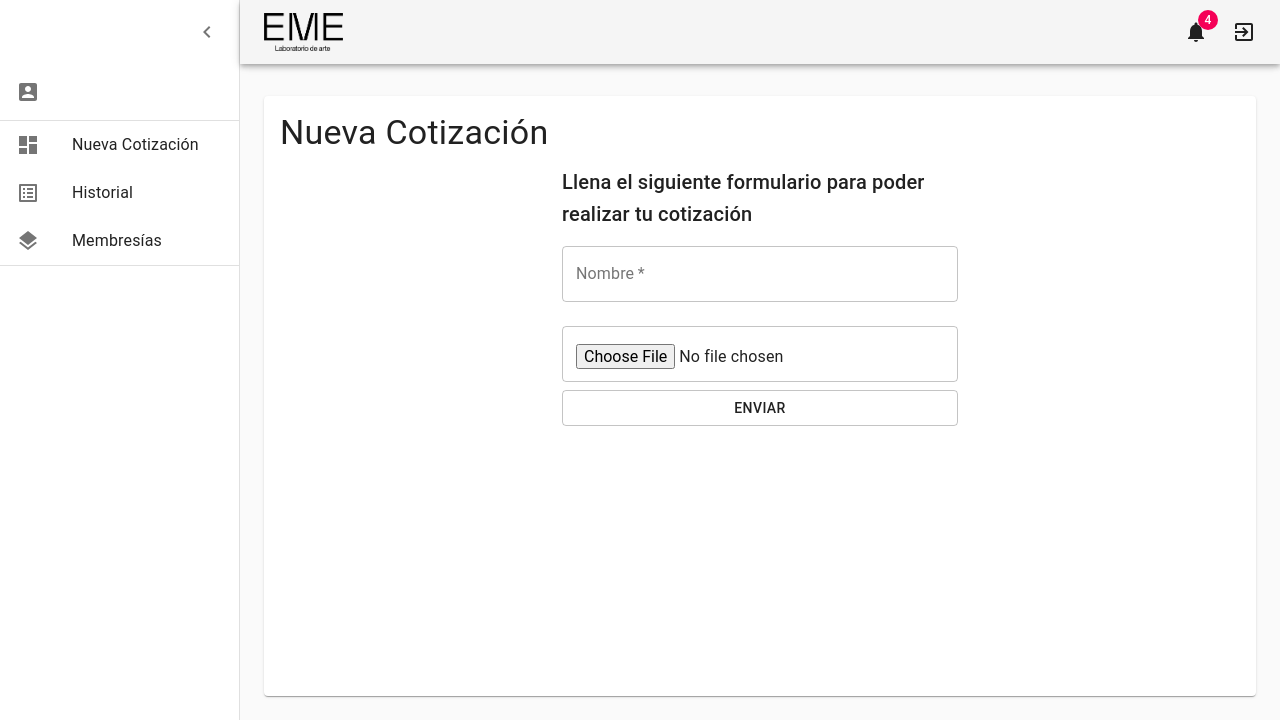
Repository: BrendaCarranco/eme-lab
Page: /Trabajo
These files come from the project's save history. The page is drawn as it stood at one moment and after the next save; the edit follows.
The browser window is 1280 px wide. The pictures show the whole page.
An inner scrolling area shows only its first screen. Some web libraries are served in a nearby version. The project was rebuilt for these pictures with package versions that can differ from the ones it lists, and the page was loaded fresh each time. Also part of the build but not shown: src/components/buildingPage/Building.js, src/temaConfig.js, src/components/buildingPage/Landing.js, src/components/login/Reset.js, src/components/Dashboard/Historial.js, src/components/Dashboard/Membresias.js, src/components/login/ModalPass.js, src/components/login/ModalRegister.js and 4 more.

Above is the page before, as saved 2020-08-28 19:42:56.

After the next save:
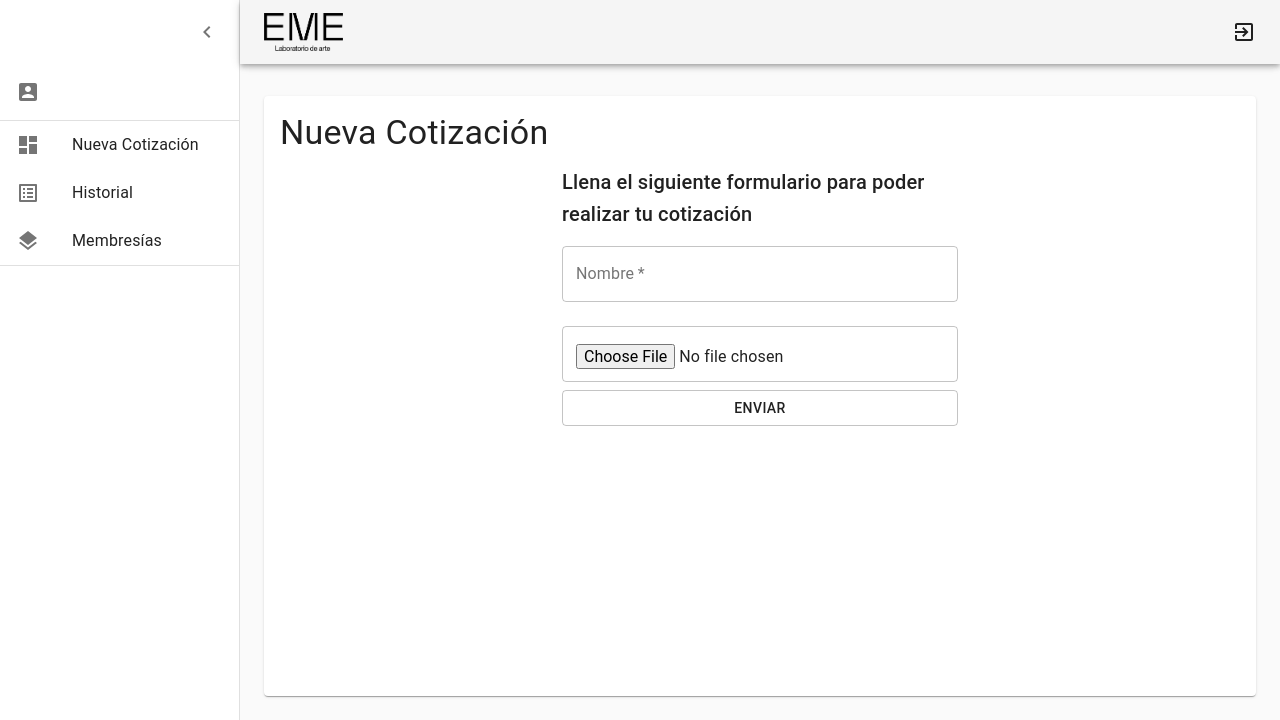
Saved 38 s later.
--- a/src/components/Dashboard/Dashboard.js
+++ b/src/components/Dashboard/Dashboard.js
@@ -201,11 +201,7 @@ const Dashboard = ({ firebaseUser, history, setUsersFiles, usersFiles, fbMail })
             noWrap
           />
           <div className={classes.grow} />
-          <IconButton color="inherit">
-            <Badge badgeContent={4} color="secondary">
-              <NotificationsIcon />
-            </Badge>
-          </IconButton>
+
           <IconButton color="inherit" edge="end" onClick={userLogout}>
             <Badge color="secondary">
               <ExitToAppIcon />
